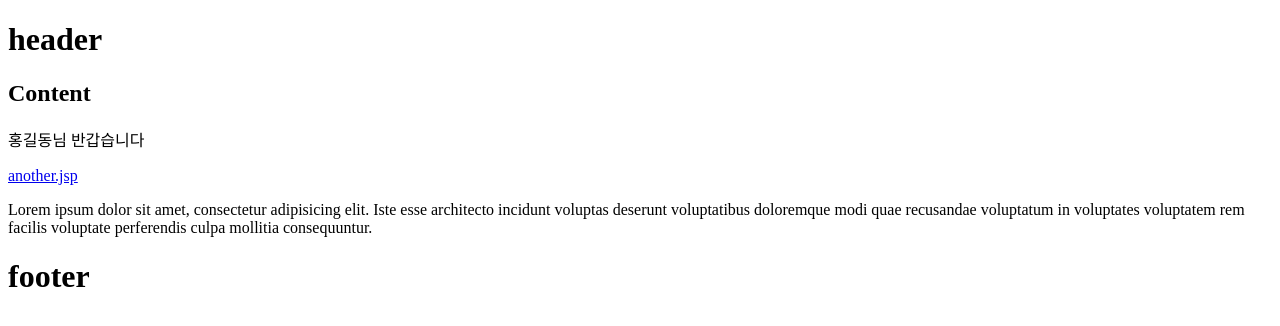
Repository: kianpas/KH_Server
Page: http://localhost/01_helloweb/jsp/include.jsp
These files come from the project's save history. The page is drawn as it stood at one moment and after the next save; the edit follows.
The browser window is 1280 px wide. The pictures show the whole page.
The page is served by Tomcat 9.

Above is the page before, as saved 2021-03-24 12:35:28.

After the next save:
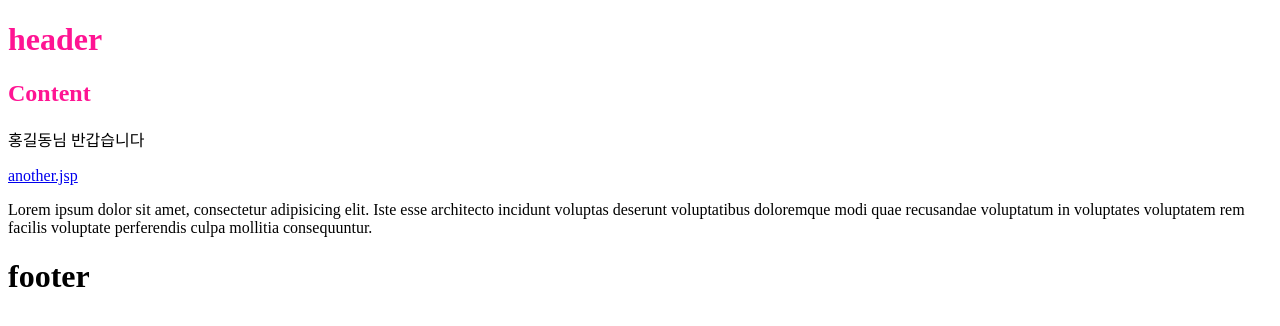
Saved 74 s later.
--- a/01_helloweb/WebContent/jsp/include.jsp
+++ b/01_helloweb/WebContent/jsp/include.jsp
@@ -8,5 +8,5 @@
 			esse architecto incidunt voluptas deserunt voluptatibus doloremque
 			modi quae recusandae voluptatum in voluptates voluptatem rem facilis
 			voluptate perferendis culpa mollitia consequuntur.</p>
-
+	<script>$("h1").css("color", "deeppink")</script>
 	<%@ include file="/jsp/footer.jsp"%>
